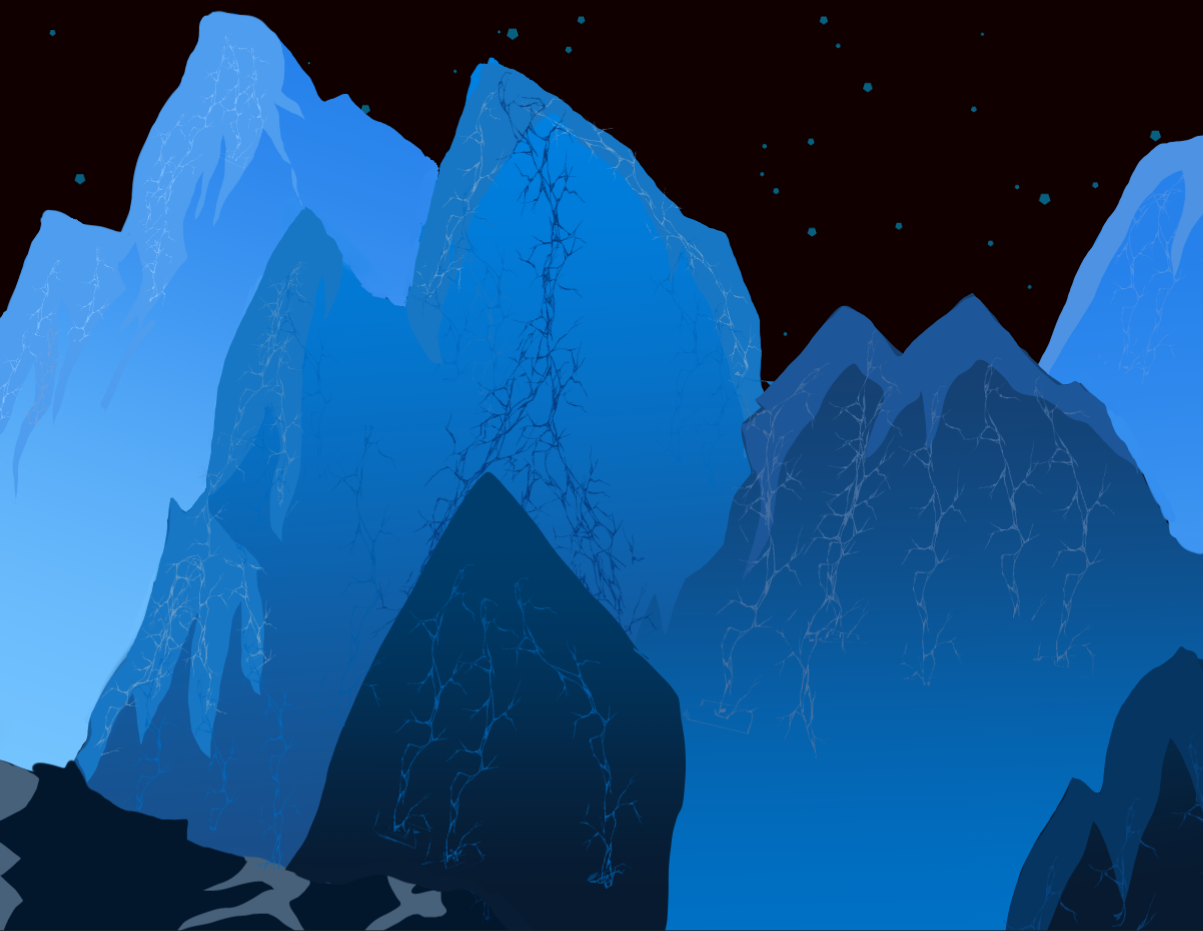
Repository: TMuse333/quantumDesigns
Page: /
An editor plug-in stored every save of this project. The page is shown before and after a run of saves, followed by the edit.
The browser window is 1280 px wide. The pictures show the whole page, at 94% of full size.
The project was rebuilt for these pictures with package versions that can differ from the ones it lists, and the page was loaded fresh each time. Also part of the build but not shown: vite.config.js, src/styles/navbar.css, src/components/navbar.jsx, src/styles/work.css, src/components/skillDesc.js, src/components/work.jsx, src/styles/testimonial.css, src/components/testimonials.jsx and 31 more. Imported but missing from the stored project, and not drawn on this page: src/images/best_dunk.mp4.

Above is the page before, as saved 2024-01-26 10:58:39.

After the next 5 saves:
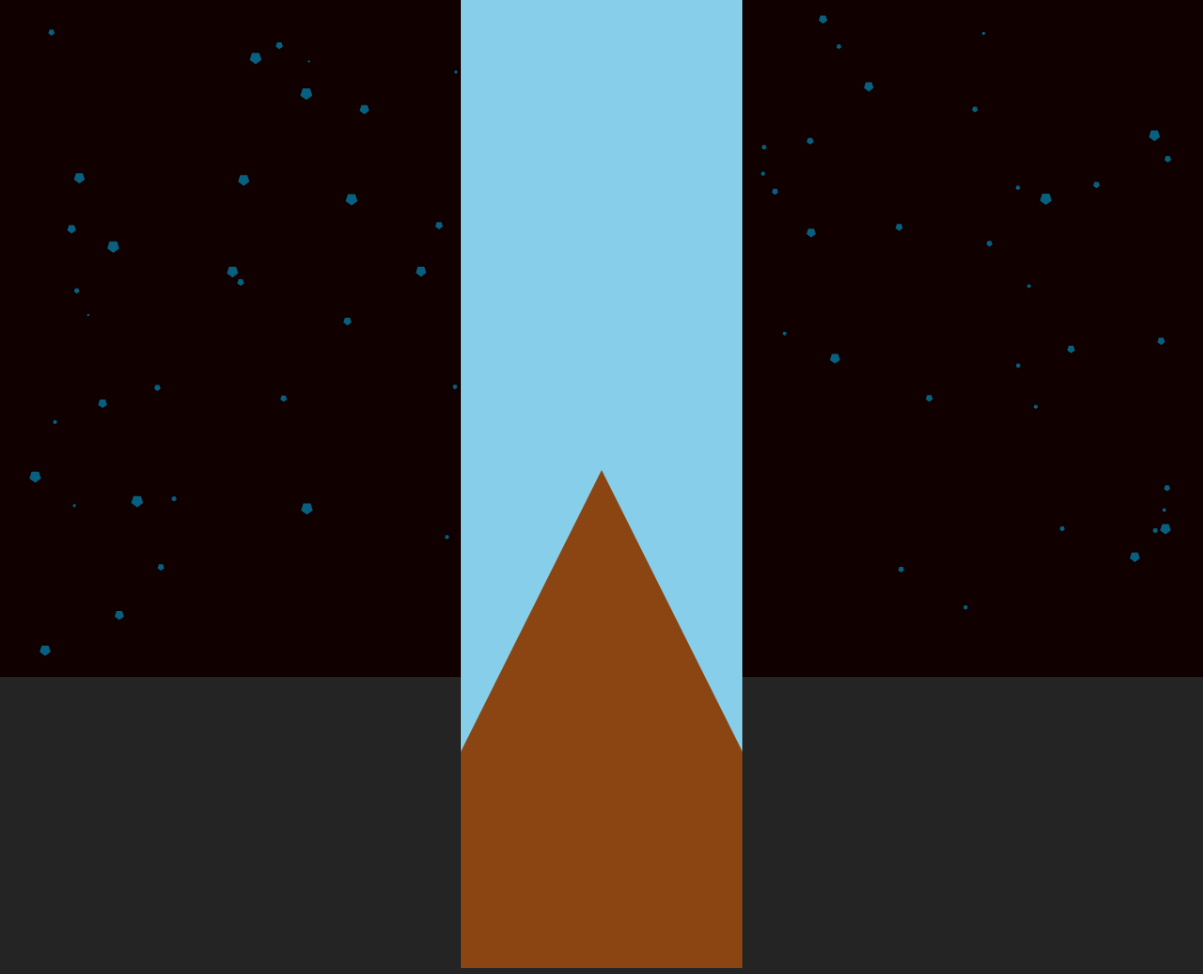
The 5 saves are shown as one change because they came seconds apart.
The last was saved 18 s later.
--- a/src/components/layout3.jsx
+++ b/src/components/layout3.jsx
@@ -4,6 +4,7 @@
 import { content1 } from "../componentData/data";
 import { content2 } from "../componentData/data";
 import Hero3 from "./herobanner3";
+import MountainCanvas from "./mountain";
 
 const Layout3 = () => {
 
@@ -12,7 +13,8 @@
         <>
         <ParticlesComponent/>
         <div className="layout3">
-            <Hero3/>
+            <MountainCanvas/>
+            {/* <Hero3/> */}
             {/* <Content
             {...content1}/> */}
         </div>
